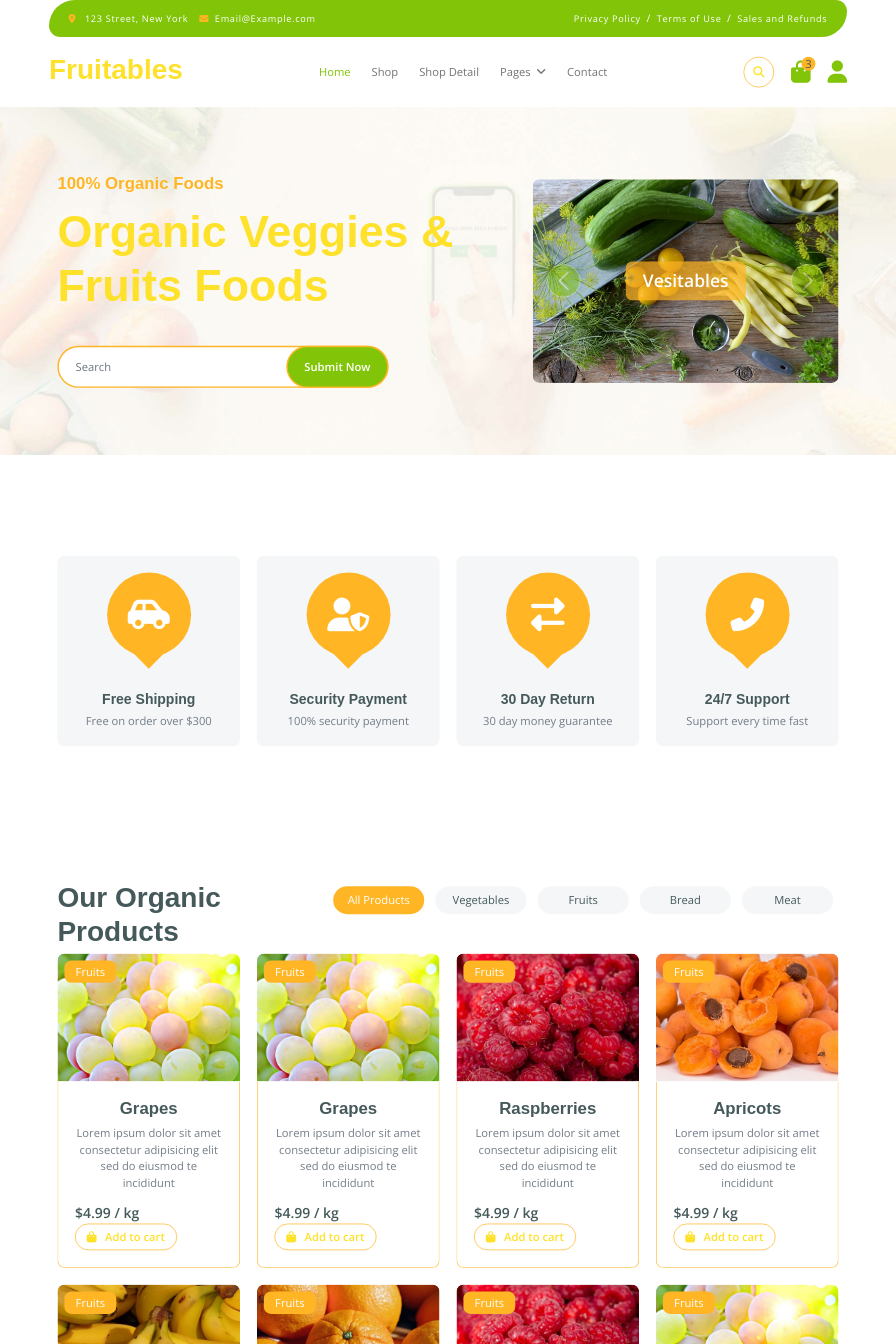
Repository: Narek1331/fast_food
Page: http://localhost/am
An editor plug-in stored every save of this project. The page is shown before and after the next save, followed by the edit.
The browser window is 1280 px wide. The pictures show the part of the page from y = 0 to 1920 px (the page is 7561 px tall before and 720 px after), at 70% of full size.
Some web fonts or font styles are not loaded; a fallback is used. Some web libraries are served in a nearby version. The page is served by the project's Laravel application, run on PHP 8.4 with Laravel 10.

Above is the page before, as saved 2024-02-26 15:26:52.

After the next save:
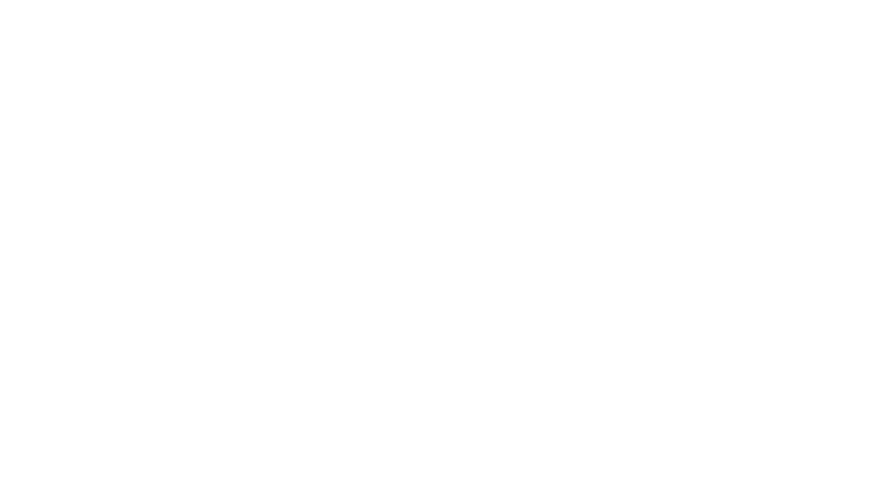
Saved 84 s later.
--- a/routes/web.php
+++ b/routes/web.php
@@ -18,6 +18,12 @@
 */
 
 Route::redirect('/', '/am');
+
+Route::get('/{any}', function ($any) {
+    if (!preg_match('/^(am|ru|en)/', $any)) {
+        return Redirect::to('/am');
+    }
+})->where('any', '.*');
 
 Route::group(['prefix' => '{locale}', 'where' => ['locale' => '[a-zA-Z]{2}'], 'middleware' => 'localization'], function () {
 

After the 3 saves that followed:
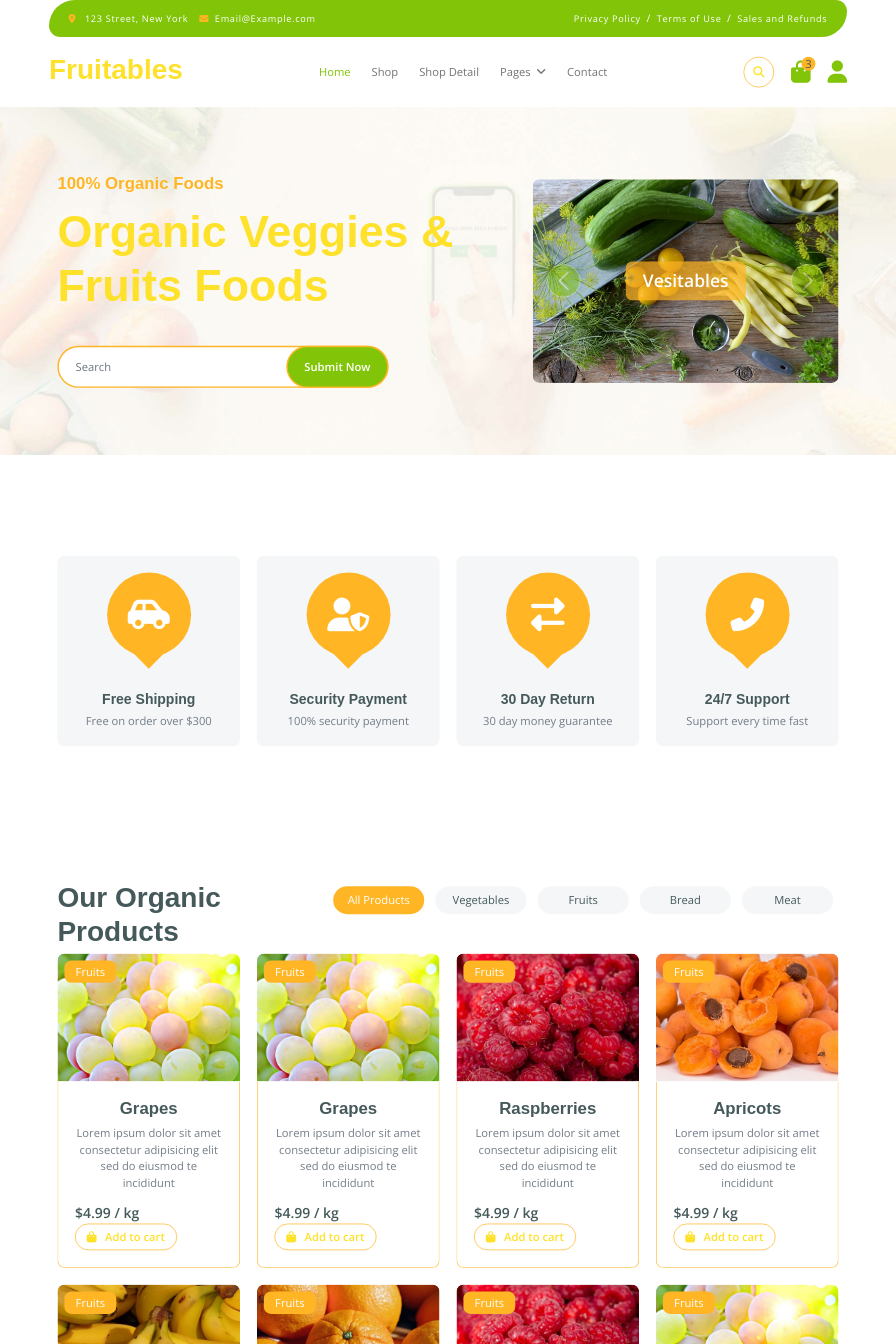
The 3 saves are shown as one change because 2 left the picture as it was.
The last was saved 47 s later.
--- a/routes/web.php
+++ b/routes/web.php
@@ -17,13 +17,8 @@
 |
 */
 
+
 Route::redirect('/', '/am');
-
-Route::get('/{any}', function ($any) {
-    if (!preg_match('/^(am|ru|en)/', $any)) {
-        return Redirect::to('/am');
-    }
-})->where('any', '.*');
 
 Route::group(['prefix' => '{locale}', 'where' => ['locale' => '[a-zA-Z]{2}'], 'middleware' => 'localization'], function () {
 
